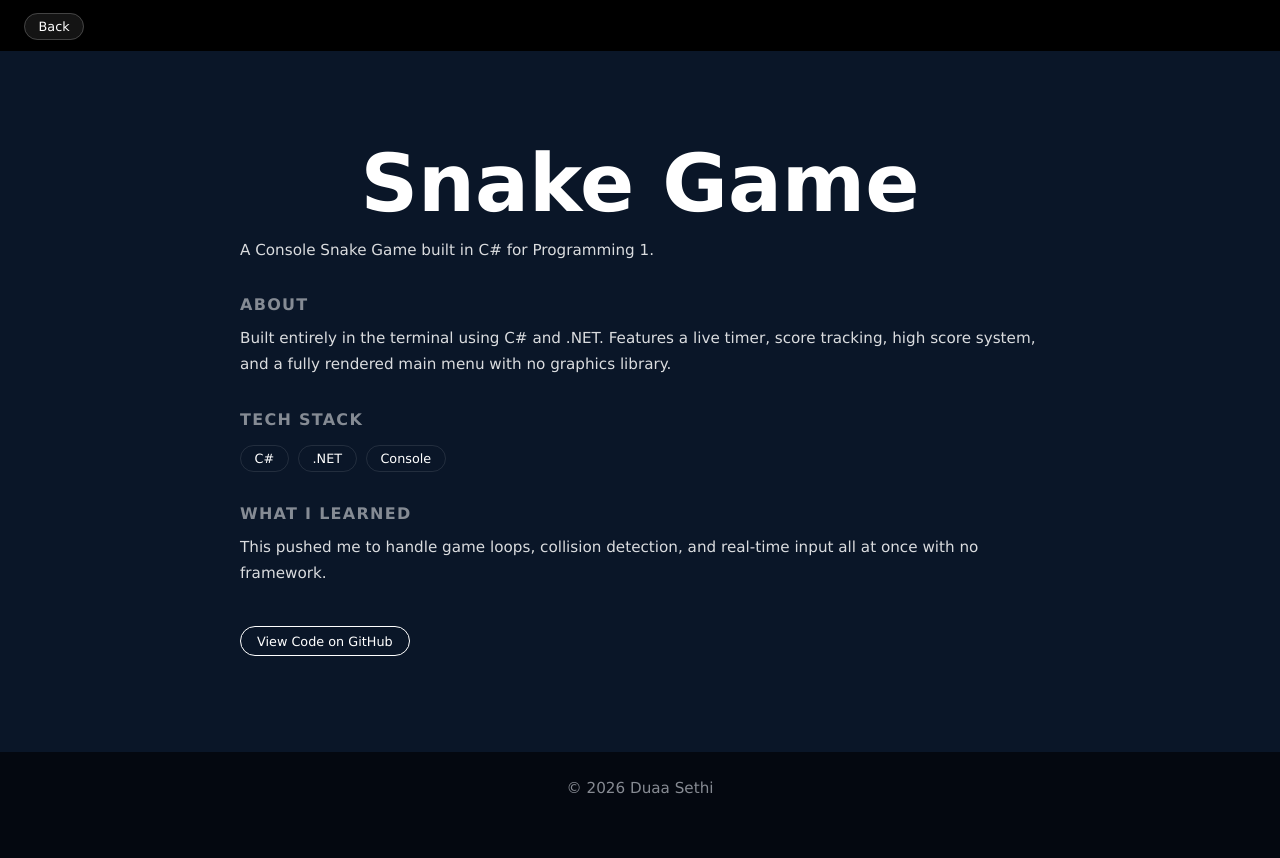
Repository: Duaa-Sethi/Duaa-Sethi
Page: pages/snake-game.html
The author's editor kept a copy of each file at every save. The page is drawn from the files as they stood at one save, then again after the next save.
The browser window is 1280 px wide. The pictures show the whole page.
Some web fonts or font styles are not loaded; a fallback is used.

Above is the page before, as saved 2026-05-08 17:50:02.

After the next save:
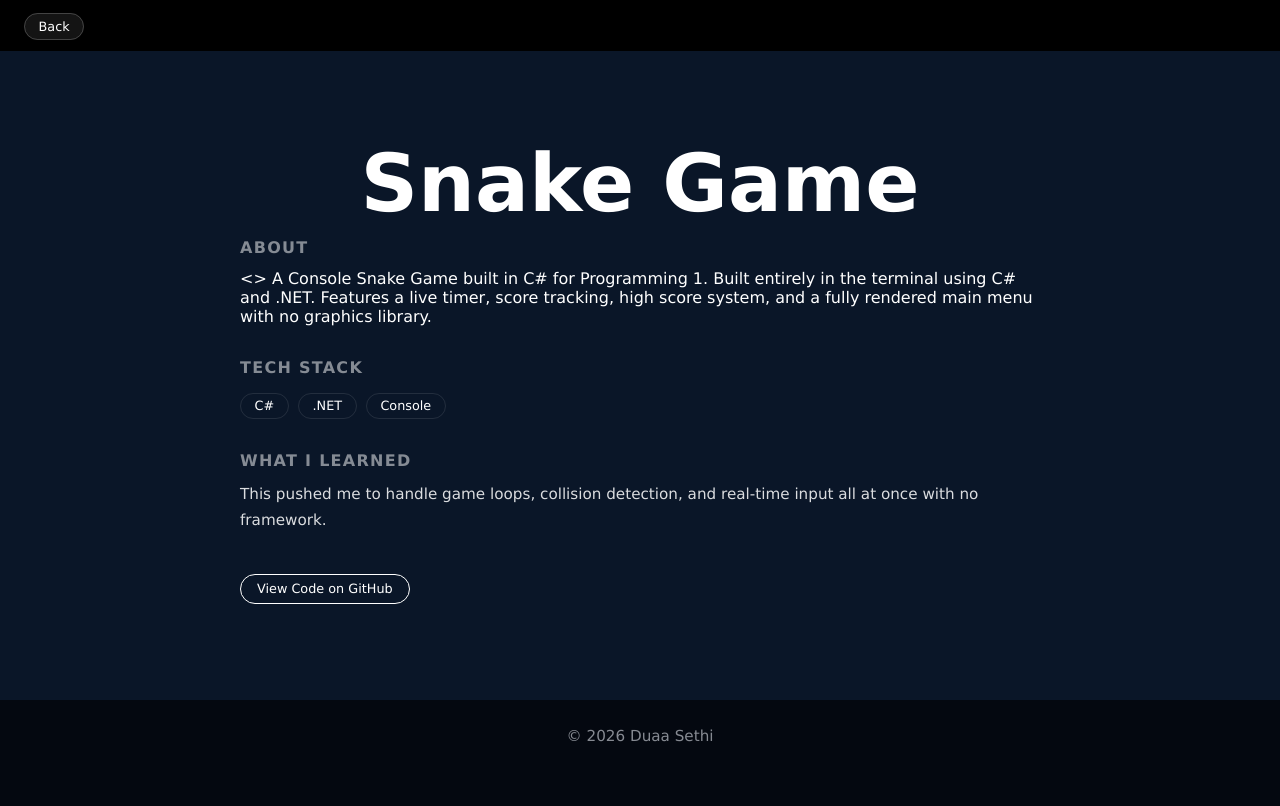
Saved 21 s later.
--- a/pages/snake-game.html
+++ b/pages/snake-game.html
@@ -16,10 +16,11 @@
 
     <main>
       <h1>Snake Game</h1>
-      <p>A Console Snake Game built in C# for Programming 1.</p>
+
 
       <h2>About</h2>
-      <p>
+      <>
+        A Console Snake Game built in C# for Programming 1.
         Built entirely in the terminal using C# and .NET. Features a live timer,
         score tracking, high score system, and a fully rendered main menu with
         no graphics library.
